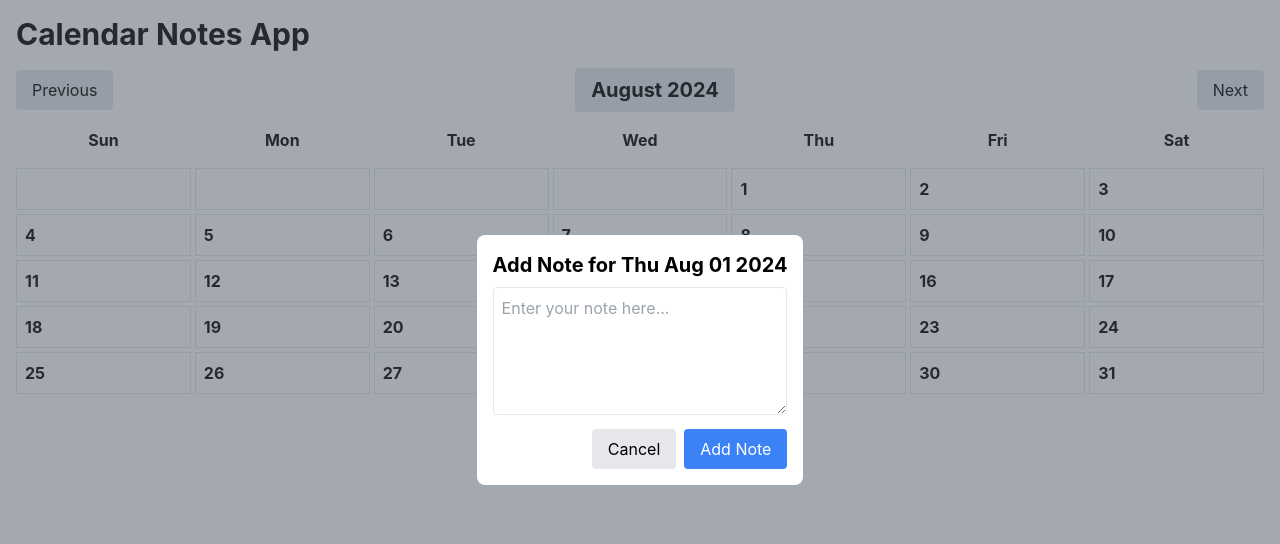
Repository: boogerjosh/Calendar-Notes-App
Page: /, after clicking the first element matching `div.cursor-pointer`
The author's editor kept a copy of each file at every save. The page is drawn from the files as they stood at one save, then again after a run of saves.
The browser window is 1280 px wide. The pictures show the whole page.
The project was rebuilt for these pictures with package versions that can differ from the ones it lists, and the page was loaded fresh each time.

Above is the page before, as saved 2024-08-04 07:44:24.

### src/App.tsx
import React, { useState } from 'react';
import Calendar from './components/Calendar';
import NoteModal from './components/NoteModal';

interface Note {
  date: Date;
  content: string;
}

const App: React.FC = () => {
  const [selectedDate, setSelectedDate] = useState<Date | null>(null);
  const [notes, setNotes] = useState<Note[]>([]);
  const [isModalOpen, setIsModalOpen] = useState(false);

  const handleDateClick = (date: Date) => {
    setSelectedDate(date);
    setIsModalOpen(true);
  };

  const handleAddNote = (content: string) => {
    if (selectedDate) {
      setNotes([...notes, { date: selectedDate, content }]);
      setIsModalOpen(false);
    }
  };

  return (
    <div className="container mx-auto p-4">
      <h1 className="text-3xl font-bold mb-4">Calendar Notes App</h1>
      <Calendar onDateClick={handleDateClick} notes={notes} />
      {isModalOpen && selectedDate && (
        <NoteModal
          date={selectedDate}
          onClose={() => setIsModalOpen(false)}
          onAddNote={handleAddNote}
        />
      )}
    </div>
  );
};

export default App;

### src/components/Calendar.tsx
import React, { useState } from 'react';

interface CalendarProps {
  onDateClick: (date: Date) => void;
  notes: { date: Date; content: string }[];
}

const Calendar: React.FC<CalendarProps> = ({ onDateClick, notes }) => {
  const [currentDate, setCurrentDate] = useState(new Date());
  const [isMonthSelectorVisible, setIsMonthSelectorVisible] = useState(false);
  const monthNames = ["January", "February", "March", "April", "May", "June", "July", "August", "September", "October", "November", "December"];

  const getDaysInMonth = (year: number, month: number) => {
    return new Date(year, month + 1, 0).getDate();
  };

  const getFirstDayOfMonth = (year: number, month: number) => {
    return new Date(year, month, 1).getDay();
  };

  const renderCalendarDays = () => {
    const year = currentDate.getFullYear();
    const month = currentDate.getMonth();
    const daysInMonth = getDaysInMonth(year, month);
    const firstDayOfMonth = getFirstDayOfMonth(year, month);

    const days = [];

    // Add empty cells for days before the first day of the month
    for (let i = 0; i < firstDayOfMonth; i++) {
      days.push(<div key={`empty-${i}`} className="p-2 border"></div>);
    }

    // Add cells for each day of the month
    for (let i = 1; i <= daysInMonth; i++) {
      const date = new Date(year, month, i);
      const hasNote = notes.some(note => note.date.toDateString() === date.toDateString());

      days.push(
        <div
          key={i}
          className={`p-2 border cursor-pointer hover:bg-gray-100 ${hasNote ? 'bg-blue-100' : ''}`}
          onClick={() => onDateClick(date)}
        >
          <span className="font-bold">{i}</span>
          {hasNote && <div className="w-2 h-2 bg-blue-500 rounded-full ml-1 inline-block"></div>}
        </div>
      );
    }

    return days;
  };

  const navigateMonth = (direction: 'prev' | 'next') => {
    setCurrentDate(prevDate => {
      const newDate = new Date(prevDate);
      if (direction === 'prev') {
        newDate.setMonth(prevDate.getMonth() - 1);
      } else {
        newDate.setMonth(prevDate.getMonth() + 1);
      }
      return newDate;
    });
  };

  const handleMonthClick = () => {
    setIsMonthSelectorVisible(!isMonthSelectorVisible);
  };

  const handleMonthSelect = (monthIndex: number) => {
    setCurrentDate(new Date(currentDate.getFullYear(), monthIndex, 1));
    setIsMonthSelectorVisible(false);
  };

  const renderMonthSelector = () => {
    return (
      <div className="absolute top-full left-0 right-0 bg-white border shadow-lg rounded-lg p-2 grid grid-cols-1 gap-2">
        {monthNames.map((month, index) => (
          <button
            key={month}
            onClick={() => handleMonthSelect(index)}
            className="px-2 py-1 text-sm hover:bg-gray-100 rounded"
          >
            {month}
          </button>
        ))}
      </div>
    );
  };

  return (
    <div>
      <div className="flex justify-between items-center mb-4">
        <button onClick={() => navigateMonth('prev')} className="px-4 py-2 bg-gray-200 rounded">
          Previous
        </button>
        <div className="relative">
          <button
            onClick={handleMonthClick}
            className="text-xl font-bold px-4 py-2 bg-gray-200 rounded"
          >
            {monthNames[currentDate.getMonth()]} {currentDate.getFullYear()}
          </button>
          {isMonthSelectorVisible && renderMonthSelector()}
        </div>
        <button onClick={() => navigateMonth('next')} className="px-4 py-2 bg-gray-200 rounded">
          Next
        </button>
      </div>
      <div className="grid grid-cols-7 gap-1 mb-4">
        {['Sun', 'Mon', 'Tue', 'Wed', 'Thu', 'Fri', 'Sat'].map(day => (
          <div key={day} className="font-bold text-center">{day}</div>
        ))}
      </div>
      <div className="grid grid-cols-7 gap-1">
        {renderCalendarDays()}
      </div>
    </div>
  );
};

export default Calendar;

### src/components/NoteModal.tsx
import React, { useState } from 'react';

interface NoteModalProps {
  date: Date;
  onClose: () => void;
  onAddNote: (content: string) => void;
}

const NoteModal: React.FC<NoteModalProps> = ({ date, onClose, onAddNote }) => {
  const [noteContent, setNoteContent] = useState('');

  const handleSubmit = (e: React.FormEvent) => {
    e.preventDefault();
    onAddNote(noteContent);
    setNoteContent('');
  };

  return (
    <div className="fixed inset-0 bg-gray-600 bg-opacity-50 flex justify-center items-center">
      <div className="bg-white p-4 rounded-lg">
        <h2 className="text-xl font-bold mb-2">Add Note for {date.toDateString()}</h2>
        <form onSubmit={handleSubmit}>
          <textarea
            className="w-full h-32 p-2 border rounded"
            value={noteContent}
            onChange={(e) => setNoteContent(e.target.value)}
            placeholder="Enter your note here..."
          ></textarea>
          <div className="mt-2 flex justify-end">
            <button
              type="button"
              className="px-4 py-2 bg-gray-200 rounded mr-2"
              onClick={onClose}
            >
              Cancel
            </button>
            <button
              type="submit"
              className="px-4 py-2 bg-blue-500 text-white rounded"
            >
              Add Note
            </button>
          </div>
        </form>
      </div>
    </div>
  );
};

export default NoteModal;

Loaded but not shown: public/index.html (common file); src/index.tsx (common file); src/index.css (common file); src/reportWebVitals.ts (common file); tailwind.config.js (common file)

After the next 2 saves:
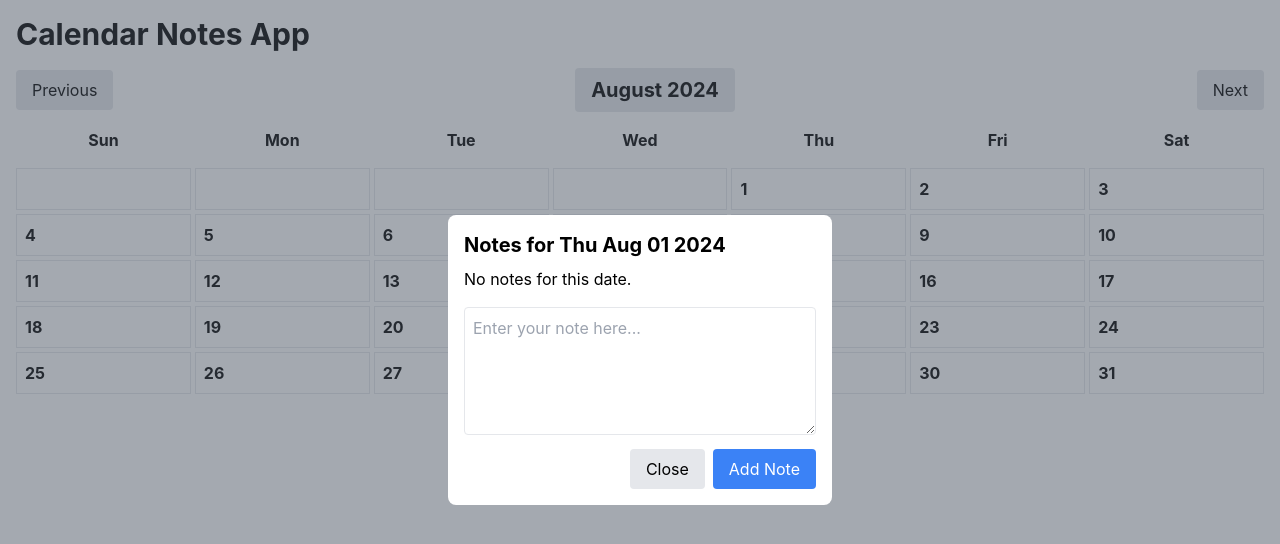
The 2 saves are shown as one change because 1 did not build or start.
The last was saved 2 min 20 s later.
--- a/src/App.tsx
+++ b/src/App.tsx
@@ -3,6 +3,7 @@ import Calendar from './components/Calendar';
 import NoteModal from './components/NoteModal';
 
 interface Note {
+  id: string;
   date: Date;
   content: string;
 }
@@ -19,9 +20,18 @@ const App: React.FC = () => {
 
   const handleAddNote = (content: string) => {
     if (selectedDate) {
-      setNotes([...notes, { date: selectedDate, content }]);
+      const newNote: Note = {
+        id: Date.now().toString(), // Simple unique ID
+        date: selectedDate,
+        content
+      };
+      setNotes([...notes, newNote]);
       setIsModalOpen(false);
     }
+  };
+
+  const getNotesForDate = (date: Date) => {
+    return notes.filter(note => note.date.toDateString() === date.toDateString());
   };
 
   return (
@@ -31,6 +41,7 @@ const App: React.FC = () => {
       {isModalOpen && selectedDate && (
         <NoteModal
           date={selectedDate}
+          notes={getNotesForDate(selectedDate)}
           onClose={() => setIsModalOpen(false)}
           onAddNote={handleAddNote}
         />
--- a/src/components/NoteModal.tsx
+++ b/src/components/NoteModal.tsx
@@ -1,24 +1,44 @@
 import React, { useState } from 'react';
+
+interface Note {
+  id: string;
+  date: Date;
+  content: string;
+}
 
 interface NoteModalProps {
   date: Date;
+  notes: Note[];
   onClose: () => void;
   onAddNote: (content: string) => void;
 }
 
-const NoteModal: React.FC<NoteModalProps> = ({ date, onClose, onAddNote }) => {
+const NoteModal: React.FC<NoteModalProps> = ({ date, notes, onClose, onAddNote }) => {
   const [noteContent, setNoteContent] = useState('');
 
   const handleSubmit = (e: React.FormEvent) => {
     e.preventDefault();
-    onAddNote(noteContent);
-    setNoteContent('');
+    if (noteContent.trim()) {
+      onAddNote(noteContent);
+      setNoteContent('');
+    }
   };
 
   return (
     <div className="fixed inset-0 bg-gray-600 bg-opacity-50 flex justify-center items-center">
-      <div className="bg-white p-4 rounded-lg">
-        <h2 className="text-xl font-bold mb-2">Add Note for {date.toDateString()}</h2>
+      <div className="bg-white p-4 rounded-lg w-96">
+        <h2 className="text-xl font-bold mb-2">Notes for {date.toDateString()}</h2>
+        <div className="mb-4 max-h-40 overflow-y-auto">
+          {notes.length > 0 ? (
+            notes.map((note) => (
+              <div key={note.id} className="bg-gray-100 p-2 mb-2 rounded">
+                {note.content}
+              </div>
+            ))
+          ) : (
+            <p>No notes for this date.</p>
+          )}
+        </div>
         <form onSubmit={handleSubmit}>
           <textarea
             className="w-full h-32 p-2 border rounded"
@@ -32,7 +52,7 @@ const NoteModal: React.FC<NoteModalProps> = ({ date, onClose, onAddNote }) => {
               className="px-4 py-2 bg-gray-200 rounded mr-2"
               onClick={onClose}
             >
-              Cancel
+              Close
             </button>
             <button
               type="submit"
